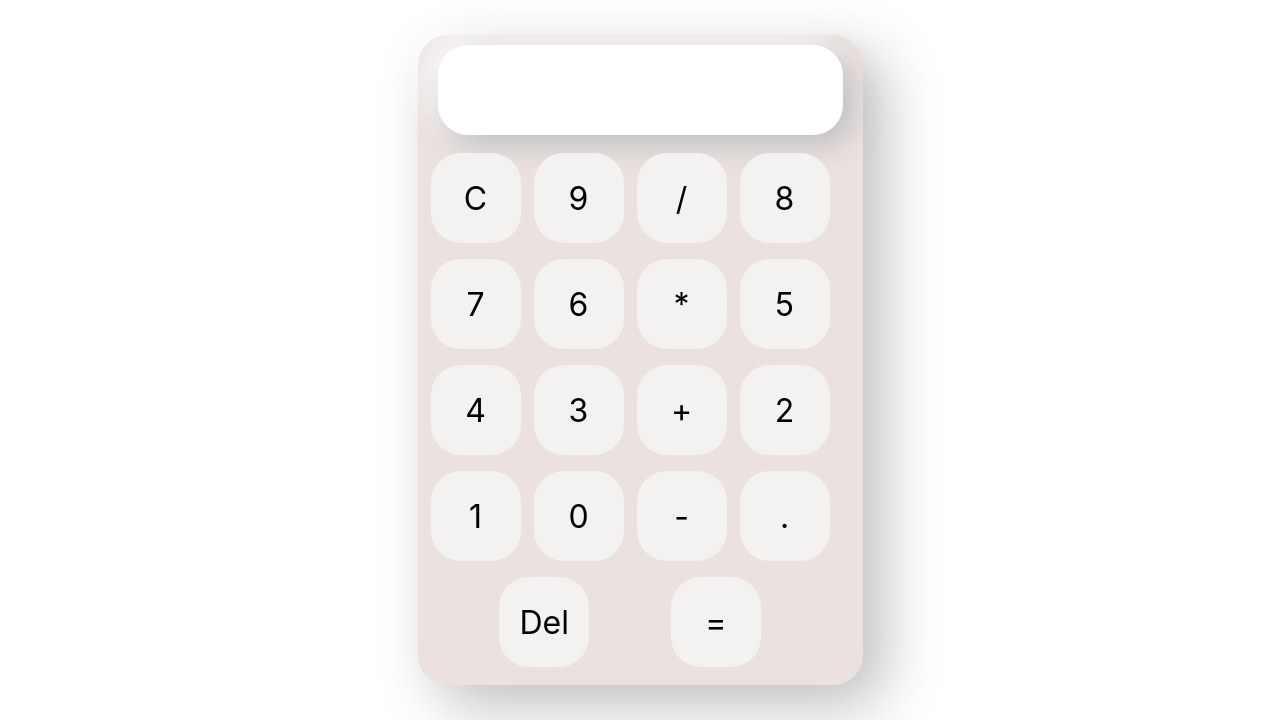
Repository: janidulnkg1/react-prac
Page: / (app in calculator/)
An editor plug-in stored every save of this project. The page is shown before and after the next save, followed by the edit.
The browser window is 1280 px wide. The pictures show the whole page.
The project was rebuilt for these pictures with package versions that can differ from the ones it lists, and the page was loaded fresh each time. Also part of the build but not shown: calculator/src/App.css.

Above is the page before, as saved 2023-09-15 11:14:27.

### calculator/src/App.js
import logo from './logo.svg';
import './App.css';
import Home from './components/Home';

function App() {
  return (
    <>
    <Home/>
    </>
  );
}

export default App;

### calculator/src/components/Home.js
import React from 'react'
import classes from "./Home.module.css"
import Button from './Button'


function Home() {

const buttons = ["C","9","/","8","7","6","*","5","4","3","+","2","1","0","-",".","Del","="]






  return (
    <div className={classes.home}>
      <div className={classes.inner}>
        <div className={classes.result}>
          <div className={classes.resbox}>
            </div>
        </div>
      <div className={classes.btns}>
        {buttons.map((ele,index)=> {return <Button value={ele} key={index}/>})}
      </div>
      </div>
    </div>
  )
}

export default Home

### calculator/src/components/Home.module.css
*{
    padding: 0;
     margin: 0;
     box-sizing: border-box;
}

.home{
    height: 100vh;
    width: 100vw;
    display: flex;
    justify-content: center;
    align-items: center;
}

.inner{
    height: 650px;
    width: 445px;
    border-radius: 30px;
    background-color: #ece1e1;
    box-shadow: 20px 20px 60px #bebebe,
     -20px -20px 60px #ffffff;
}

.result{
    font-size: 2rem;
    width: 405px;
    height: 90px;
    scrollbar-width: none;
    margin: auto;
    margin-top: 10px;
    margin-bottom: 10px;
    border-radius: 30px;
    background: white;
    box-shadow: 10px 10px 30px #bebebe,
    -10px -10px 30px #ffffff;
}

.resbox{
    width: 390px;
    height: min-content;
    overflow-y: auto;
    padding-left: 10px;
    padding-right: 10px;
    text-align: right;
}

.btns{
    height: 530px;
    width: 425px;
    display: flex;
    flex-flow: row wrap;
    justify-content: space-evenly;
    align-items:center;
    border-radius:20px;
}

### calculator/src/components/Button.js
import React from 'react'
import classes from "./Button.module.css"

function Button({value}) {
  return (
    <div className={value == "C" || value == "=" ? `${classes.calcBtns} ${classes.res}`: `${classes.calcBtns}`}>
        {value}
    </div>
  )
}

export default Button

### calculator/src/components/Button.module.css
.calcBtns{
    height: 90px;
    width: 90px;
    font-size: 2rem;
    display: flex;
    justify-content: center;
    align-items:center;
    border-radius:30px;
    background-color: #f4f1f1;
    user-select: none;
}

Loaded but not shown: calculator/public/index.html (common file); calculator/src/index.js (common file); calculator/src/index.css (common file); calculator/src/reportWebVitals.js (common file)

After the next save:
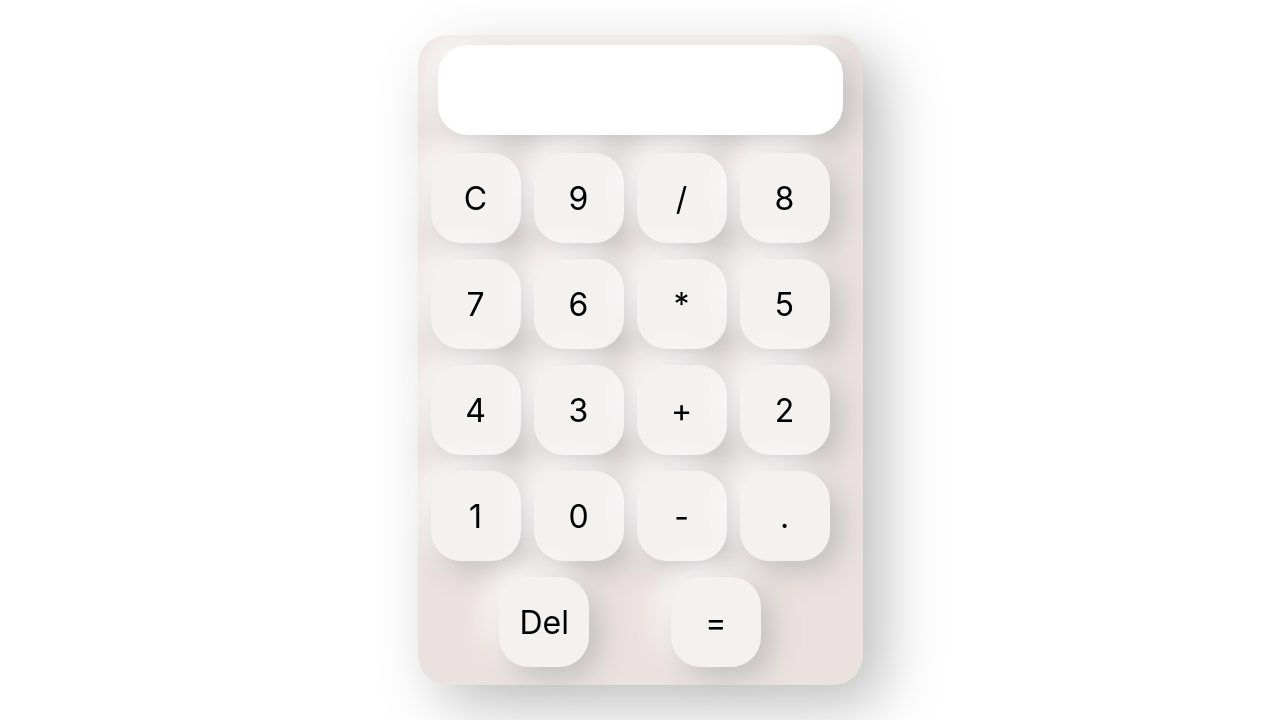
Saved 75 s later.
--- a/calculator/src/components/Button.module.css
+++ b/calculator/src/components/Button.module.css
@@ -8,4 +8,5 @@
     border-radius:30px;
     background-color: #f4f1f1;
     user-select: none;
+    box-shadow: 10px 10px 30px #bebebe, -10px -10px 30px #ffffff;
 }
